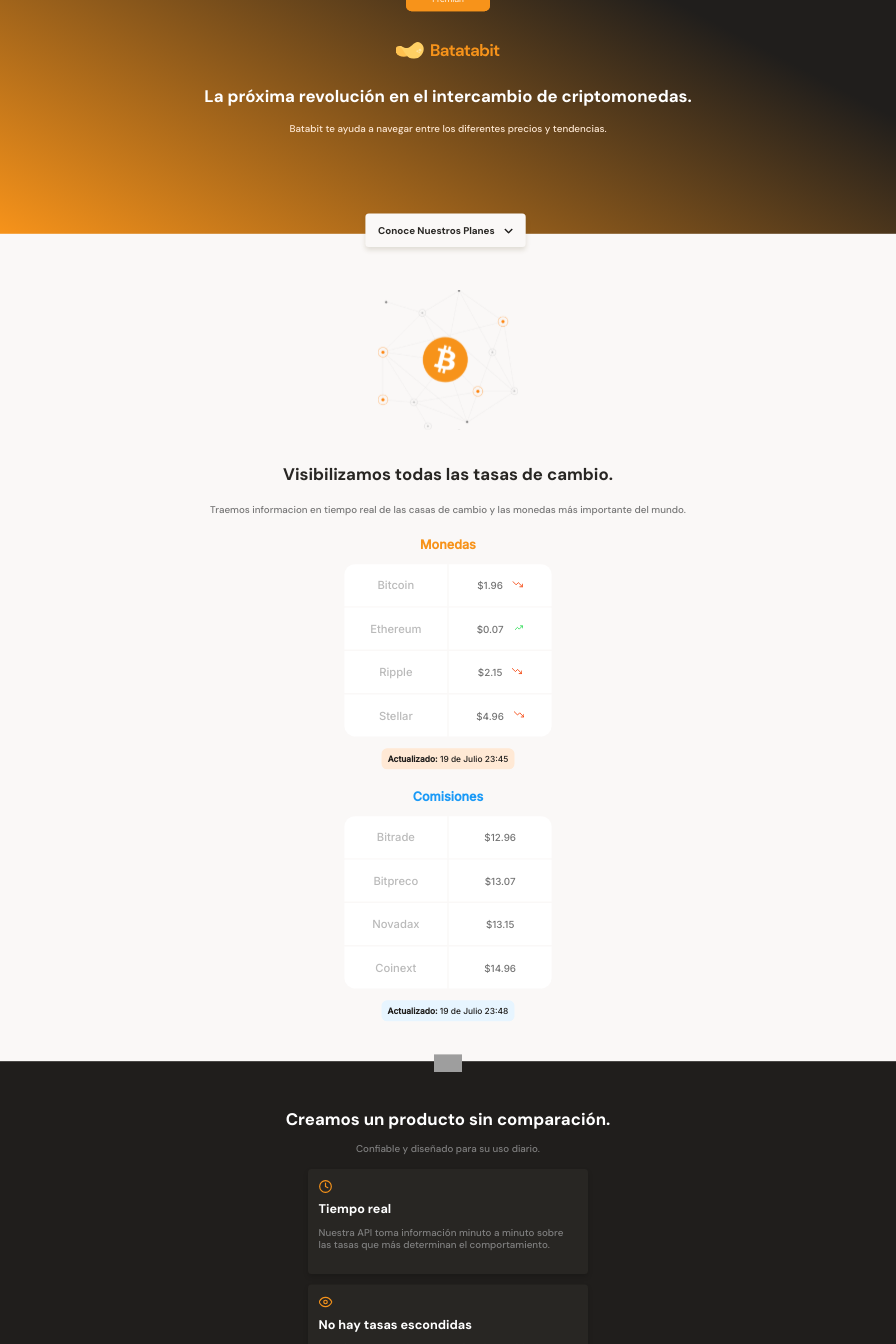
Repository: EnzoSz/Mobile-First
Page: index.html
An editor plug-in stored every save of this project. The page is shown before and after the next save, followed by the edit.
The browser window is 1280 px wide. The pictures show the part of the page from y = 0 to 1920 px (the page is 3682 px tall before and 3708 px after), at 70% of full size.
Pictures or frames that could not be fetched are drawn as grey boxes.

Above is the page before, as saved 2021-02-05 12:44:40.

### index.html
<!DOCTYPE html>
<html lang="en">
<head>
    <meta charset="UTF-8">
    <meta name="viewport" content="width=device-width, initial-scale=1.0">
    <title>Document</title>
    <link rel="preconnect" href="https://fonts.gstatic.com">
    <link href="https://fonts.googleapis.com/css2?family=DM+Sans:wght@400;500;700&family=Inter:wght@300;500&display=swap" rel="stylesheet">
    <link rel="stylesheet" href="./estilos.css">
</head>
<body>
    <header>
        <img src="./assets/img/logo.svg" alt="">
        <div class="header--title-container">
            <h1>La próxima revolución en el intercambio de criptomonedas.</h1>
            <p>Batabit te ayuda a navegar entre los diferentes precios y tendencias.</p>
            <a href="#plans" class="header--button">Conoce Nuestros Planes <span></span></a>
        </div>
    </header>
    <main>
        <section class="main-exchange-container">
            <div class="backgroundImg"></div>
            <div class="main.exchange-container--title">
                <h2>Visibilizamos todas las tasas de cambio.</h2>
                <p>
                    Traemos informacion en  tiempo real de las casas de cambio y las monedas más importante del mundo.

                </p>
            </div>
            <section class="main-tables-container">
                <div class="main-currency-table">
                    <p class="currency-table--title">Monedas</p>
                    <div class="currency-table--container">
                        <table>
                            <tr>
                                <td class="table__top-left">Bitcoin</td>
                                <td class="table__top-right table__right">$1.96 <span class="down"></span></td>
                            </tr>
                            <tr>
                                <td>Ethereum</td>
                                <td class="table__right">$0.07 <span class="up"></span></td>
                            </tr>
                            <tr>
                                <td>Ripple</td>
                                <td class="table__right">$2.15 <span class="down"></span></td>
                            </tr>
                            <tr>
                                <td class="table__bottom-left">Stellar</td>
                                <td class="table__bottom-right table__right">$4.96 <span class="down"></span></td>
                            </tr>
                        </table>
                    </div>
                    <div class="currency-table-date">
                        <p>
                            <b>Actualizado:</b> 19 de Julio 23:45
                        </p>
                    </div>
                </div>
                <div class="main-commissions-table">
                    <p class="commissions-table--title">Comisiones</p>
                    <div class="commissions-table--container">
                        <table>
                            <tr>
                                <td class="table__top-left">Bitrade</td>
                                <td class="table__top-right table__right">$12.96</td>
                            </tr>
                            <tr>
                                <td>Bitpreco</td>
                                <td class="table__right">$13.07</td>
                            </tr>
                            <tr>
                                <td>Novadax</td>
                                <td class="table__right">$13.15</td>
                            </tr>
                            <tr>
                                <td class="table__bottom-left">Coinext</td>
                                <td class="table__bottom-right table__right">$14.96</td>
                            </tr>
                        </table>
                    </div>
                    <div class="commissions-table-date">
                        <p>
                            <b>Actualizado:</b> 19 de Julio 23:48
                        </p>
                    </div>
                </div>
            </section>
        </section>
        <section class="main-product-detail">
            <span class="product-detail--batata-logo"></span>
            <div class="product-detail--title">
                <h2>
                    Creamos un producto sin comparación.
                </h2>
                <p>
                    Confiable y diseñado para su uso diario.
                </p>
            </div>
            <section class="product-cards--container">
                <article class="product-detail--card">
                    <span class="icon-card clock"></span>
                    <p class="product--card-title">Tiempo real</p>
                    <p class="product--card-body">
                        Nuestra API toma información minuto a minuto sobre las tasas que más determinan el comportamiento.
                    </p>
                </article>
                <article class="product-detail--card">
                    <span class="icon-card eye "></span>
                    <p class="product--card-title">No hay tasas escondidas</p>
                    <p class="product--card-body">
                        Ni en la compra o al momento de exit. Batabit siempre te muestra el costo real de lo que estas adquiriendo.
                    </p>
                </article>
                <article class="product-detail--card">
                    <span class="icon-card dollar "></span>
                    <p class="product--card-title">Compara monedas</p>
                    <p class="product--card-body">
                        No mas rumores, con Batabit sabrás el valor real de cada moneda en el mercado actual.
                    </p>
                </article>
                <article class="product-detail--card">
                    <span class="icon-card check "></span>
                    <p class="product--card-title">información confiable</p>
                    <p class="product--card-body">
                        Nuestras fuentes estan 100% verificadas y continuamos auditando su contenido mientras se actualizan.
                    </p>
                </article>
            </section>

        </section>
        <section class="bitcoin-img-container">
            <h2>Conócelo hoy.</h2>
        </section>
        <section id="plans" class="main-plans-container">
            <div class="plans--title">
                <h2>Escoge un plan que mejor se ajuste a ti.</h2>
                <p>Cualquier plan te da acceso completo a nuestra plataforma.</p>
            </div>
            <section class="plans-container--slider">
                <article class="plan-container--card">
                    <p class="recomendado">Recomendado</p>
                    <div class="plan-info-container">
                        <h3 class="plan-card--title">Pago Anual</h3>
                        <p class="plan-card--price"><span>$</span>99</p>
                        <p class="plan-card--saving">* Ahorras $129 comparado al plan mensual.</p>
                        <button class="plan-card--ca">Escoger este <span></span></button>
                    </div>
                </article>
                <article class="plans-container--slider">
                    <p class="recomendado">Basico/p>
                    <div class="plan-info-container">
                        <h3 class="plan-card--title">Pago Mensual</h3>
                        <p class="plan-card--price"><span>$</span>99</p>
                        <p class="plan-card--saving">* Contas con todos los beneficios.</p>
                        <button class="plan-card--ca">Escoger este <span></span></button>
                    </div>
                </article>
                <article class="plans-container--slider">
                    <p class="recomendado">Premiun</p>
                    <div class="plan-info-container">
                        <h3 class="plan-card--title">Pago Anual</h3>
                        <p class="plan-card--price"><span>$</span>99</p>
                        <p class="plan-card--saving">* Podrás invitar a un familiar o amigo.</p>
                        <button class="plan-card--ca">Escoger este <span></span></button>
                    </div>
                </article>
            </section>
        </section>
    </main>
    <footer></footer>
</body>
</html>

### estilos.css
/*
1. Posicionamiento
2. Modelo de caja (Box model)
3. Tipografía
4. Visuales
5. Otros
*/
:root {
    /*Colores */
    --bitcoin-orange: #F7931A;
    --soft-orange: #FFE9D5;
    --secondary-blue: #1A9AF7;
    --soft-blue: #E7F5FF;
    --warm-black: #201E1C;
    --warm-black1: #282623;
    --grey: #BABABA;
    --off-white: #FAF8F7;
    --just-white: #FFFFFF;
}
* {
    box-sizing: border-box;
    margin: 0;
    padding: 0;
}
html {
    font-size: 62.5%;
    font-family: 'DM Sans', sans-serif;
}
header {
    position: relative;
    display: flex;
    flex-direction: column;
    justify-content: center;
    width: 100%;
    min-width: 32rem;
    height: 33.4rem;
    text-align: center;
    background: linear-gradient(207.8deg, #201E1C 16.69%, #F7931A 100%);;
}
header img {
    width: 15rem;
    height: 2.4rem;
    margin-top: 6.0rem;
    align-self:center;
}
.header--title-container {
    width: 90%;
    min-width: 28.8rem;
    max-width: 90rem;
    height: 21.8rem;
    margin-top: 4rem;
    text-align: center;
    align-self:center;

}
.header--title-container h1 {
    font-size: 2.4rem;
    font-weight: bold;
    line-height: 2.6rem;
    color: var(--just-white);
}
.header--title-container p {
    margin-top: 25px;
    font-size: 1.4rem;
    font-weight: 500;
    line-height: 1.8rem;
    color: var(--soft-orange);
}
.header--title-container .header--button {
    position: absolute;
    left: calc(50% - 118px);
    top: 270px;
    display: block;
    margin-top: 35px;
    padding: 15px;
    width: 229px;
    height: 48px;
    background-color: var(--off-white);
    /*Sombra*/
    box-shadow: 0px 4px 8px rgba(89, 73, 30, 0.16);
    border: none;
    border-radius: 5px;
    font-size: 1.4rem;
    font-weight: bold;
    text-decoration: none;
    color: var(--warm-black1);
}
.header--button span {
    display: inline-block;
    width: 13px;
    height: 8px;
    margin-left: 10px;
    background-image: url('./assets/icons/arrow-down.svg');
}
main {
    width: 100%;
    height: auto;
    background-color: var(--off-white);
}
.main-exchange-container {
    width: 100%;
    height: auto;
    padding-top: 80px;
    padding-bottom: 30px;
    text-align: center;
}
.main-exchange-container--title {
    width: 90%;
    min-width: 288px;
    max-width: 900px;
    margin: 0 auto;
}
.main-exchange-container .backgroundImg {
    width: 200px;
    height: 200px;
    margin: 0 auto;
    margin-bottom: 50px;
    background-image:url('./assets/img/bitcoin.svg');
    background-size: cover;
    background-position: center;
    background-repeat: no-repeat;
}
.main-exchange-container h2 {
    margin-bottom: 30px;
    font-size: 2.4rem;
    font-weight: bold;
    line-height: 2.6rem;
    color: var(--warm-black1);
}
.main-exchange-container p {
    margin-bottom: 30px;
    font-size: 1.4rem;
    font-weight: 500;
    line-height: 1.6rem;
    color: #757575;
}
.main-currency-table, .main-commissions-table {
    width: 70%;
    min-width: 235px;
    max-width: 500px;
    height: 360px;
    margin: 0 auto;
    font-family: "Inter", sans-serif;
}
.main-currency-table .currency-table--title {
    margin-bottom: 15px;
    font-size: 1.8rem;
    font-weight: bold;
    line-height: 2.3rem;
    color: var(--bitcoin-orange);
}
.currency-table--container, .commissions-table--container {
    width: 90%;
    min-width: 230px;
    max-width: 300px;
    height: 250px;
    margin: 0 auto;
}
.currency-table--container table, .commissions-table--container table {
    width: 100%;
    height: 100%;
}
.currency-table--container td, .commissions-table--container td {
    width: 50%;
    font-size: 1.6rem;
    font-weight: 500;
    line-height: 1.9rem;
    color: var(--grey);
    background-color: var(--just-white);
}
.currency-table--container .table__top-left, .commissions-table--container .table__top-left {
    border-radius: 15px 0 0 0;
}
.currency-table--container .table__top-right, .commissions-table--container .table__top-right {
    border-radius: 0 15px 0 0;
}
.currency-table--container .table__bottom-left, .commissions-table--container .table__bottom-left {
    border-radius: 0 0 0 15px;
}
.currency-table--container .table__bottom-right, .commissions-table--container .table__bottom-right {
    border-radius: 0 0 15px 0;
}
.currency-table--container .table__right, .commissions-table--container .table__right {
    font-size: 1.4rem;
    font-weight: normal;
    line-height: 1.7rem;
    color: #757575;
}
.currency-table--container .down {
    display: inline-block;
    width: 15px;
    height: 15px;
    margin-left: 10px;
    background-image: url('./assets/icons/trending-down.svg');
    background-size: cover;
    background-position: center;
    background-repeat: no-repeat;
}
.currency-table--container .up {
    display: inline-block;
    width: 15px;
    height: 15px;
    margin-left: 10px;
    background-image:url('./assets/icons/trending-up.svg');
    background-position: center;
    background-repeat:no-repeat;
}
.currency-table-date {
    width: 190px;
    height: 30px;
    margin: 0 auto;
    margin-top: 15px;
    padding: 8px;
    background-color: var(--soft-orange);
    border-radius: 8px;
}
.currency-table-date p {
    font-size: 1.2rem;
    line-height: 1.5rem;
    color: var(--warm-black);
}
.main-commissions-table .commissions-table--title {
    margin-bottom: 15px;
    font-size: 1.8rem;
    font-weight: bold;
    line-height: 2.3rem;
    color: var(--secondary-blue);
}
.commissions-table-date {
    width: 190px;
    height: 30px;
    margin: 0 auto;
    margin-top: 15px;
    padding: 8px;
    background-color: var(--soft-blue);
    border-radius: 8px;
}
.commissions-table-date p {
    font-size: 1.2rem;
    line-height: 1.5rem;
    color: var(--warm-black);
}
.main-product-detail {
    position: relative;
    width: 100%;
    min-width: 320px;
    height: auto;
    padding: 20px 10px;
    background-color: var(--warm-black);
}
.product-detail--batata-logo {
    position: absolute;
    width: 40px;
    height: 25px;
    top: -10px;
    left: calc(50% - 20px);
    background-image: url('./assets/icons/batata.svg');
}
.product-detail--title {
    width: 90%;
    min-width: 288px;
    height: auto;
    margin: 0 auto;
    margin-top: 50px;
    text-align: center;
}
.product-detail--title h2 {
    margin-bottom: 20px;
    font-size: 2.4rem;
    font-weight: bold;
    line-height: 2.6rem;
    color: var(--just-white);
}
.product-detail--title p {
    margin-bottom: 20px;
    font-size: 1.4rem;
    font-weight: 500;
    line-height: 1.8rem;
    color: #808080;
}
.product-detail--card {
    width: 90%;
    min-width: 288px;
    max-width: 400px;
    min-height: 150px;
    margin: 15px auto;
    padding: 15px;
    background-color:var(--warm-black1);
    border-radius: 5px;
    box-shadow: 0 4px 8px rgba(0, 0, 0, 0.16);
}
.product-detail--card .icon-card {
    display: inline-block;
    width: 20px;
    height: 20px;
    margin-bottom: 10px;
    background-size: cover;
    background-position: center;
    background-repeat: no-repeat;
}
.clock {
    background-image: url('./assets/icons/clock.svg');
}
.product--card-title {
    margin-bottom: 15px;
    font-size: 1.8rem;
    font-weight: bold;
    line-height: 1.8rem;
    color: var(--just-white);
}
.product--card-body {
    font-size: 1.4rem;
    font-weight: 500;
    line-height: 1.8rem;
    color: #808080;
}
.eye {
    background-image: url('./assets/icons/eye.svg');
}
.dollar {
    background-image: url('./assets/icons/dollar-sign.svg');
}
.check {
    background-image: url('./assets/icons/check-circle.svg');
}
.bitcoin-img-container {
    width: 100%;
    min-width: 320px;
    height: 60vh;
    background-image: url('./assets/img/bitcoinbaby1.jpg');
    background-position: center;
    background-size: cover;
    background-repeat: no-repeat;
    text-align: center;
}
.bitcoin-img-container h2 {
    padding-top: 30px;
    font-size: 2.4rem;
    font-weight: bold;
    line-height: 2.6rem;
    color: var(--just-white);
}
.main-plans-container {
    width: 100%;
    min-width: 320px;
    padding-bottom: 70px;
    text-align: center;

}
.plans--title {
    width: 90%;
    min-width: 288px;
    height: auto;
    margin: 0 auto;
    margin-bottom: 50px;
}
.plans--title h2 {
    padding-top: 50px;
    font-size: 2.4rem;
    font-weight: bold;
    line-height: 2.6rem;
    color: var(--warm-black);
}
.plans--title p {
    padding-top: 30px;
    font-size: 1.4rem;
    font-weight: 500;
    line-height: 1.8rem;
    color: #757575;
}
.plan-container--card {
    position: relative;
    width: 70%;
    min-width: 230px;
    max-width: 300px;
    height: 250px;
    margin: 50px auto 0;
    padding: 0 15px;
    background-color: var(--just-white);
    border-radius: 15px;
    box-shadow: 0 4px 8px rgba(89, 73,30, 0.16);
}
.recomendado {
    position: absolute;
    width: 120px;
    height: 31px;
    top: -15px;
    left: calc(50% - 60px);
    font-size: 1.2rem;
    background-color: var(--bitcoin-orange);
    border-radius: 8px;
    color: var(--just-white);
    padding: 6px;
}
.plan-card--title {
    padding-top: 30px;
    font-size: 1.4rem;
    font-weight: 500;
    line-height: 1.8rem;
    color: black;

}
.plan-card--price {
    padding: 5px 0;
    font-size: 5.2rem;
    font-weight: bold;
    line-height: 5.3rem;
    color: black;
}
.plan-card--price span {
    font-size: 1.2rem;
    font-weight: 300;
    vertical-align: text-top;
}
.plan-card--saving {
    font-size: 1.2rem;
    color: #757575;
}
.plan-card--ca {
    width: 150px;
    height: 48px;
    margin-top: 20px;
    background-color: #FAF8F7;
    border: 2px solid var(--bitcoin-orange);
    border-radius: 4px;
    font-size: 1.4rem;
    font-family: 'DM Sans', sans-serif;
    font-weight: bold;
    line-height: 1.8rem;
    color: var(--warm-black);

}
.plan-card--ca span {
    display: inline-block;
    width: 20px;
    height: 20px;
    background-image: url('./assets/icons/arrow-right.svg');
    vertical-align: text-bottom;
}

After the next save:
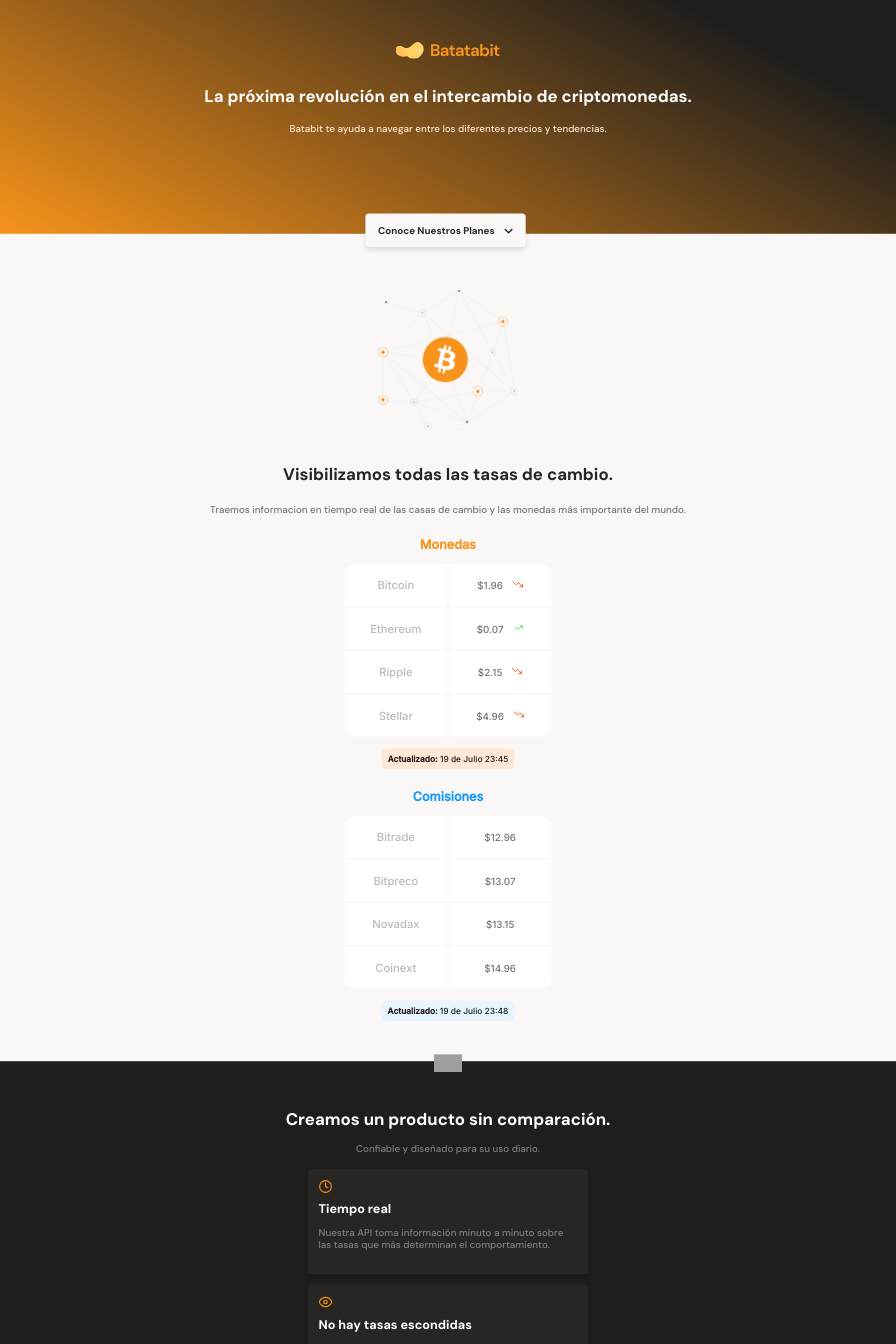
Saved 2 min 27 s later.
--- a/index.html
+++ b/index.html
@@ -147,7 +147,7 @@
                     </div>
                 </article>
                 <article class="plans-container--slider">
-                    <p class="recomendado">Basico/p>
+                    <p class="basico">Basico/p>
                     <div class="plan-info-container">
                         <h3 class="plan-card--title">Pago Mensual</h3>
                         <p class="plan-card--price"><span>$</span>99</p>
@@ -156,7 +156,7 @@
                     </div>
                 </article>
                 <article class="plans-container--slider">
-                    <p class="recomendado">Premiun</p>
+                    <p class="premium">Premiun</p>
                     <div class="plan-info-container">
                         <h3 class="plan-card--title">Pago Anual</h3>
                         <p class="plan-card--price"><span>$</span>99</p>

After the save that followed:
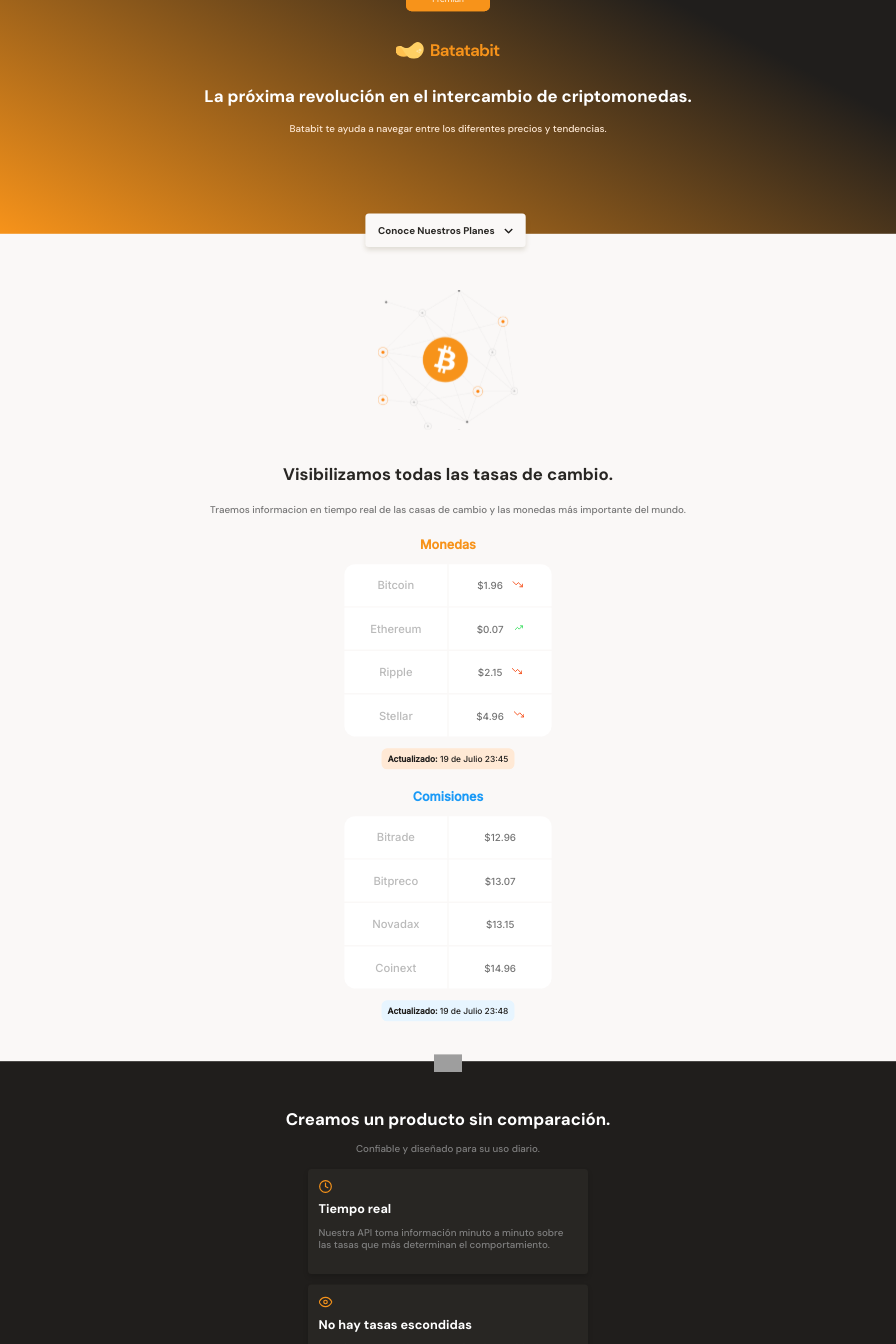
Saved 41 s later.
--- a/estilos.css
+++ b/estilos.css
@@ -380,7 +380,7 @@
     border-radius: 15px;
     box-shadow: 0 4px 8px rgba(89, 73,30, 0.16);
 }
-.recomendado {
+.recomendado, .basico, .premium {
     position: absolute;
     width: 120px;
     height: 31px;
